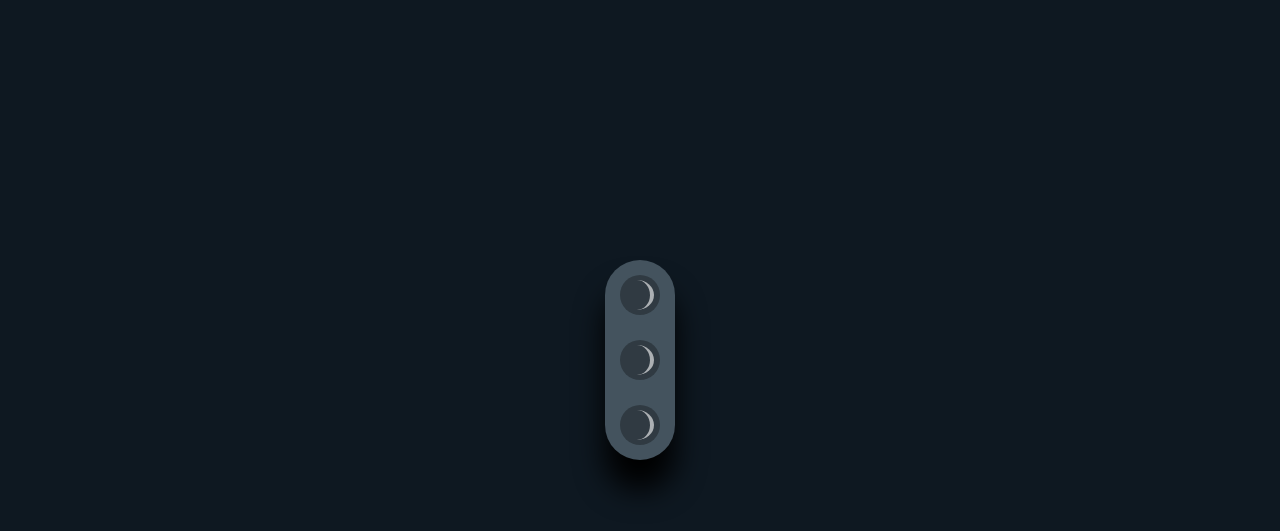
Repository: MarkLester10/TrafficLights
Page: index.html
These files come from the project's save history. The page is drawn as it stood at one moment and after the next save; the edit follows.
The browser window is 1280 px wide. The pictures show the whole page.

Above is the page before, as saved 2020-06-24 16:24:27.
Console error: TypeError: Cannot set properties of undefined (setting 'className')

### index.html
<!DOCTYPE html>
<html lang="en">
  <head>
    <meta charset="UTF-8" />
    <meta name="viewport" content="width=device-width, initial-scale=1.0" />
    <title>Traffic Lights</title>
    <link rel="stylesheet" href="./index.css" />
  </head>
  <body>
    <div class="container">
      <div class="circle red" color="red"></div>
      <div class="circle" color="yellow"></div>
      <div class="circle" color="green"></div>
    </div>

    <script src="index.js"></script>
  </body>
</html>

### index.css
* {
  box-sizing: border-box;
  margin: 0;
  padding: 0;
}

body {
  background-color: #0e1821;
  min-width: 100vh;
}

.container {
  position: absolute;
  top: 50%;
  left: 50%;
  transform: translate(-50%, -50%);
  width: 70px;
  height: 200px;
  background-color: #44535e;
  border-radius: 50px;
  box-shadow: 0 30px 30px #000000;
  display: flex;
  align-items: center;
  flex-direction: column;
  justify-content: space-between;
  padding: 15px;
}

.circle {
  width: 40px;
  height: 40px;
  background-color: rgba(0, 0, 0, 0.3);
  position: relative;
  border-radius: 50%;
}

.circle:after {
  content: "";
  width: 30px;
  height: 30px;
  position: absolute;
  border-right: 4px solid rgba(255, 255, 255, 0.6);
  border-radius: 50%;
  top: 5px;
}

.circle.red {
  background-color: #c0392b;
  box-shadow: 0 0 20px 5px #c0392b;
}

.circle.yellow {
  background-color: #f1c40f;
  box-shadow: 0 0 20px 5px #f1c40f;
}

.circle.green {
  background-color: #2ecc71;
  box-shadow: 0 0 20px 5px #2ecc71;
}

### index.js
const circles = document.querySelectorAll(".circle");
let activeLight = 0;

setInterval(changeLight, 1000);

function changeLight() {
  circles[activeLight].className = "circle";
  activeLight++;

  //   if (activeLight > 2) {
  //     activeLight = 0;
  //   }

  //   const currentLight = circles[activeLight];

  //   currentLight.classList.add(currentLight.getAttribute("color"));
}

After the next save:
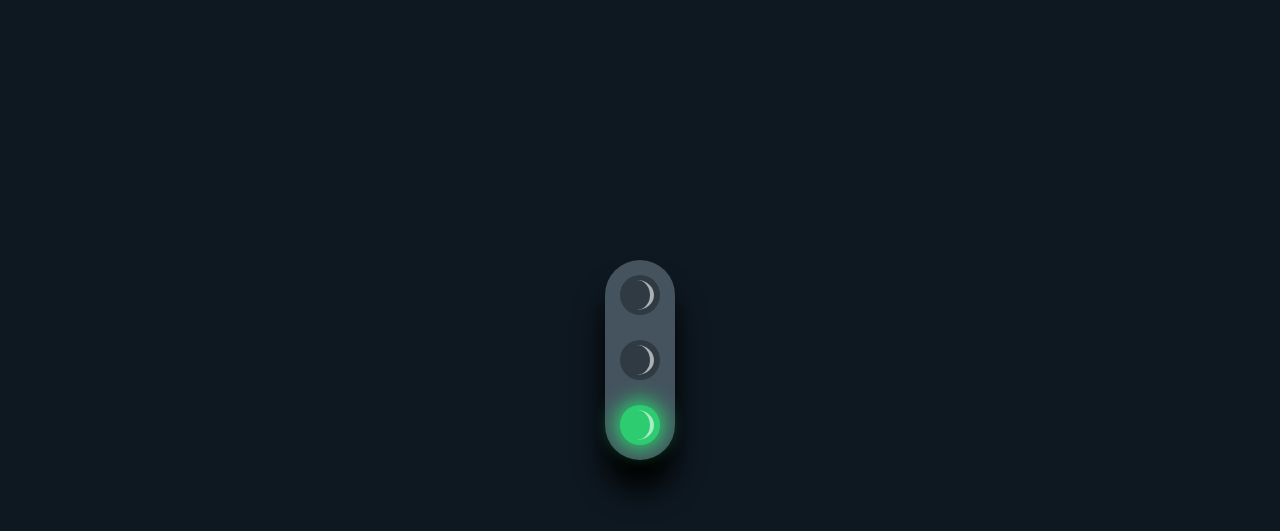
The error is gone.
Saved 6 s later.
--- a/index.js
+++ b/index.js
@@ -7,11 +7,11 @@
   circles[activeLight].className = "circle";
   activeLight++;
 
-  //   if (activeLight > 2) {
-  //     activeLight = 0;
-  //   }
+  if (activeLight > 2) {
+    activeLight = 0;
+  }
 
-  //   const currentLight = circles[activeLight];
+  const currentLight = circles[activeLight];
 
-  //   currentLight.classList.add(currentLight.getAttribute("color"));
+  currentLight.classList.add(currentLight.getAttribute("color"));
 }
